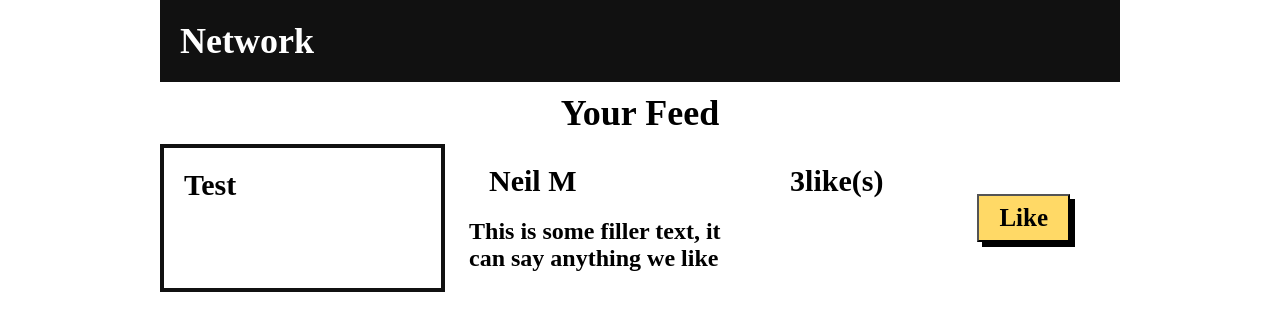
Repository: Blender20/liking_likes
Page: index.html
The author's editor kept a copy of each file at every save. The page is drawn from the files as they stood at one save, then again after the next save.
The browser window is 1280 px wide. The pictures show the whole page.
Some web fonts or font styles are not loaded; a fallback is used.

Above is the page before, as saved 2022-03-29 23:37:19.

### index.html
<!DOCTYPE html>
<html lang="en">

<head>
  <meta charset="UTF-8">
  <meta http-equiv="X-UA-Compatible" content="IE=edge">
  <meta name="viewport" content="width=device-width, initial-scale=1.0">
  <link rel="stylesheet" href="style.css">
  <title>Document</title>
</head>

<body>
  <nav>
    <h1>Network</h1>
  </nav>
  <div class="feed">
    <h1>Your Feed</h1>
  </div>
  <div class="container flex">
    <div class="leftColumn">
      <h3>Test</h2>
    </div>

    <div class="user">
      <h3>Neil M</h3>
      <h2>This is some filler text, it can say anything we like</h2>
    </div>


    <h3><span id="likeCount">3</span> like(s)</h3>
    <button onclick="addLike()" id="like">Like</button>

  </div>
  </div>
  </div>
  </div>
  </div>
  <script src="script.js"></script>
</body>

</html>

### style.css
@import url('https://fonts.googleapis.com/css2?family=Balsamiq+Sans:ital,wght@0,400;0,700;1,700&display=swap');
  *{
  padding: 0;
  margin: 0;
  box-sizing: border-box;
  font-family: 'Balsamiq Sans', cursive;
}

.flex {
  display: flex;
  justify-content: space-between;
  align-self: center;
  gap:1.5em;
}
nav{
  min-height: 70px;
  background-color: #111;
  display: block;
  width: 75%;
  margin: 0 auto;

  color: #fff;
  font-family: "balsamiq Sans";
  padding: 10px
}
.container {
  margin: 0 auto;
  width: 75%

}

 .leftColumn{
  border: 4px solid #111;
  margin-top: 50px;

  flex:1;
  margin: 0 auto;
 }


.user{
 flex: 1;
}


h1 {

  font-size: 36px;
  padding: 10px;
}
.feed {
  text-align: center;
  justify-content: center;
}
h3 {
  padding: 20px;
  font-size: 30px;
  display:inline-flex


}
#like {
  background-color: #FFD966;
  padding: 8px 20px;
  margin: 50px;
  font-weight: 900;
  font-size: 25px;
  box-shadow: 5px 5px;
  align-self: top;
}

### script.js
var likeCount = document.querySelector('#likeCount')
console.log(likeCount)
function addLike() {

  likeCount.innerText++;

}

After the next save:
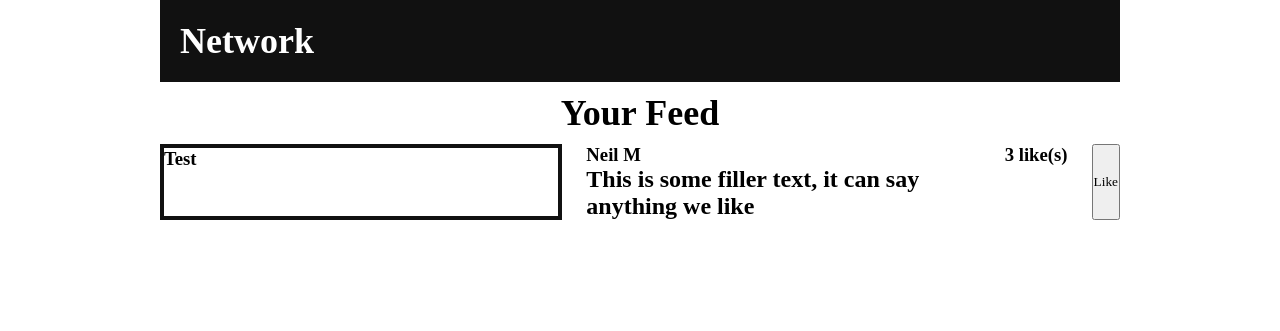
Saved 67 s later.
--- a/style.css
+++ b/style.css
@@ -52,10 +52,7 @@ h1 {
   text-align: center;
   justify-content: center;
 }
-h3 {
-  padding: 20px;
-  font-size: 30px;
-  display:inline-flex
+
 
 
 }
